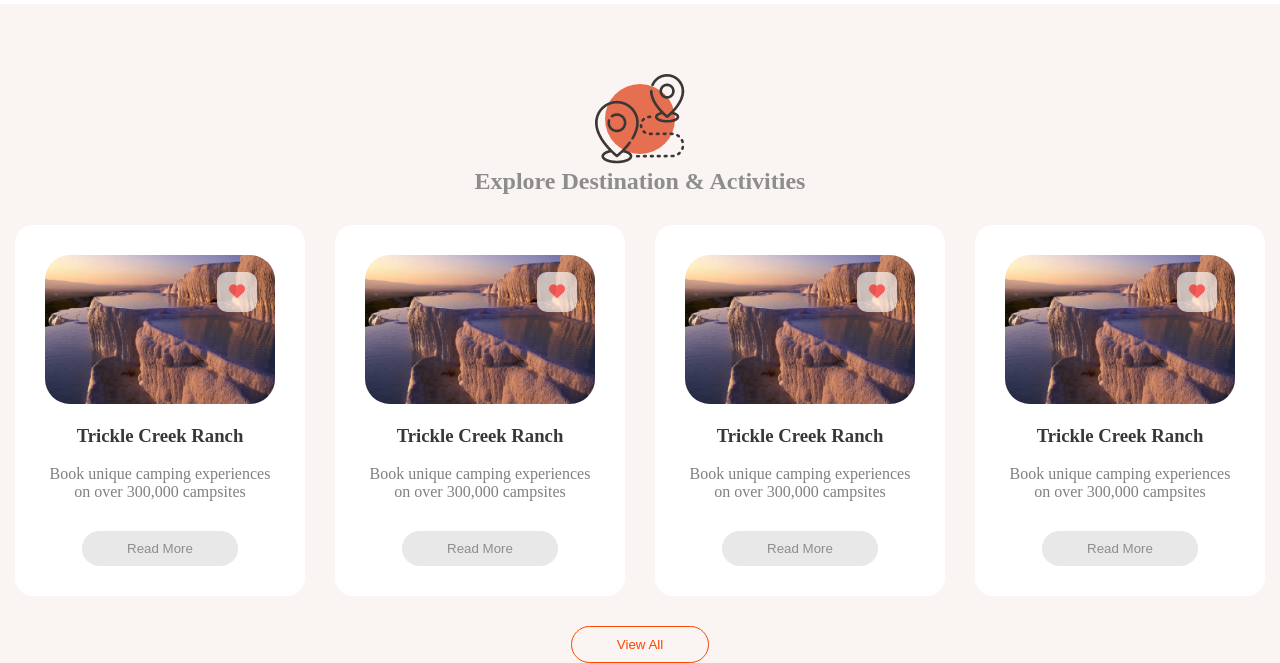
Repository: giahuy405/BC38_Camping_Pham_Gia_Huy
Page: index.html
An editor plug-in stored every save of this project. The page is shown before and after the next save, followed by the edit.
The browser window is 1280 px wide. The pictures show the part of the page from y = 692 to 1355 px (the page is 1355 px tall).

Above is the page before, as saved 2022-09-13 19:20:43.

After the next save:
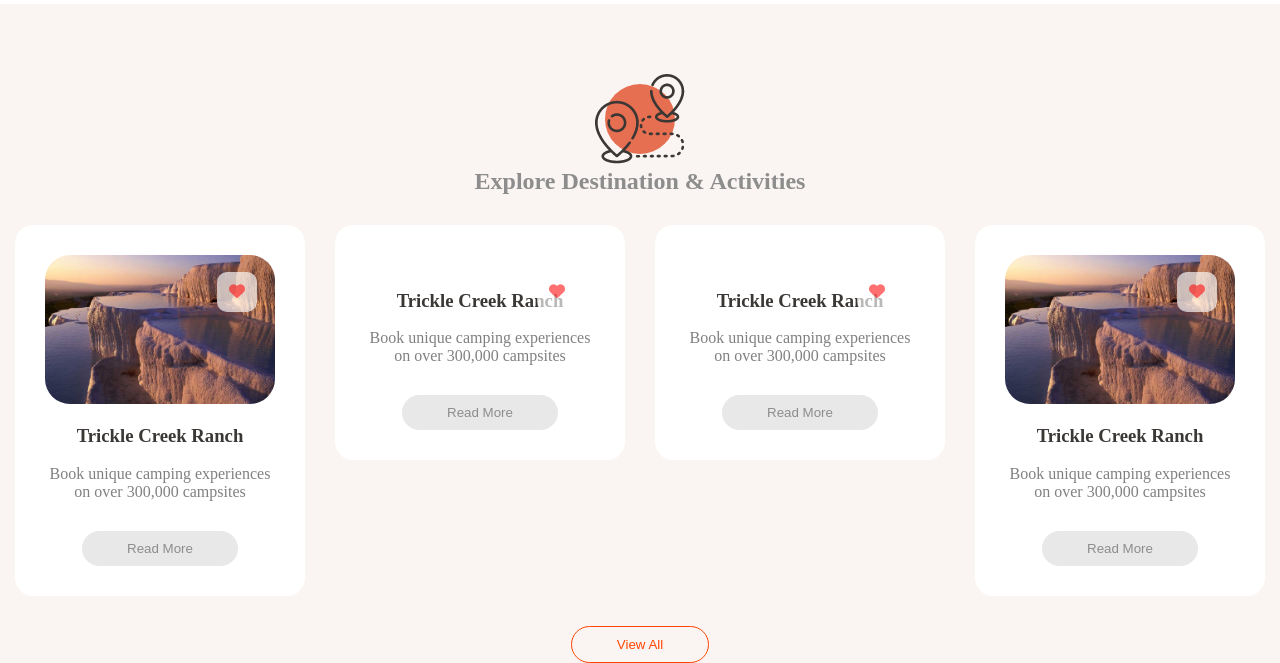
Not found: img/product2.png
Not found: img/product3.png
Saved 39 s later.
--- a/index.html
+++ b/index.html
@@ -44,7 +44,7 @@
             </div>
             <div class="service__card">
                 <div class="service__item">
-                    <img src="./img/product1.png" alt="">
+                    <img src="./img/product2.png" alt="">
                     <h3>Trickle Creek Ranch</h3>
                     <p>Book unique camping experiences on over 300,000 campsites</p>
                     <button>Read More</button>
@@ -55,7 +55,7 @@
             </div>
             <div class="service__card">
                 <div class="service__item">
-                    <img src="./img/product1.png" alt="">
+                    <img src="./img/product3.png" alt="">
                     <h3>Trickle Creek Ranch</h3>
                     <p>Book unique camping experiences on over 300,000 campsites</p>
                     <button>Read More</button>

After the save that followed:
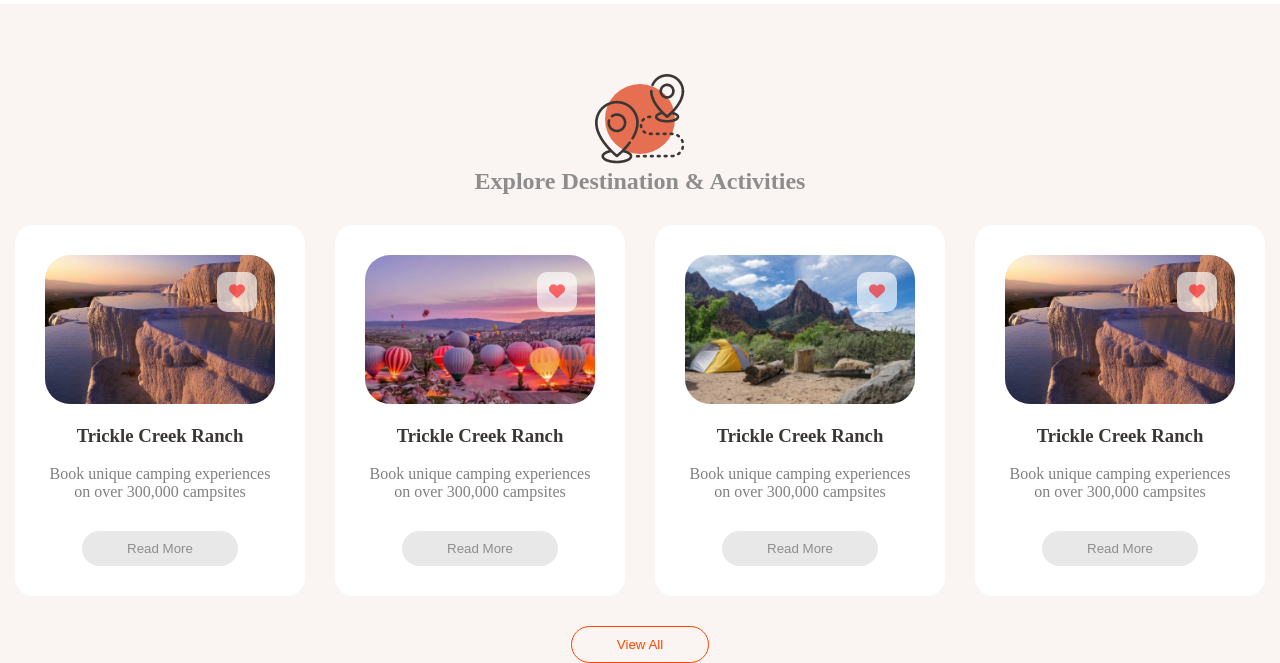
Saved 25 s later.
--- a/index.html
+++ b/index.html
@@ -44,7 +44,7 @@
             </div>
             <div class="service__card">
                 <div class="service__item">
-                    <img src="./img/product2.png" alt="">
+                    <img src="./img/product4.png" alt="">
                     <h3>Trickle Creek Ranch</h3>
                     <p>Book unique camping experiences on over 300,000 campsites</p>
                     <button>Read More</button>
@@ -55,7 +55,7 @@
             </div>
             <div class="service__card">
                 <div class="service__item">
-                    <img src="./img/product3.png" alt="">
+                    <img src="./img/product5.png" alt="">
                     <h3>Trickle Creek Ranch</h3>
                     <p>Book unique camping experiences on over 300,000 campsites</p>
                     <button>Read More</button>
